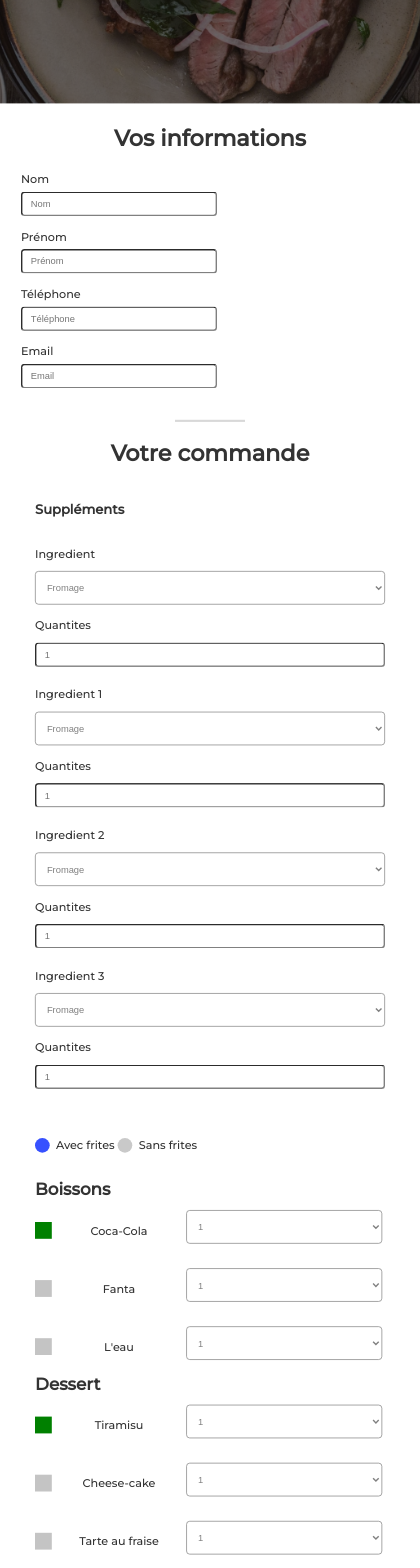
Repository: sisilass31/bella-olonje
Page: html/commande.html
An editor plug-in stored every save of this project. The page is shown before and after the next save, followed by the edit.
The browser window is 600 px wide. The pictures show the part of the page from y = 674 to 2914 px (the page is 3858 px tall before and 4086 px after), at 70% of full size.
Some web libraries are served in a nearby version.

Above is the page before, as saved 2023-02-15 09:39:08.

After the next save:
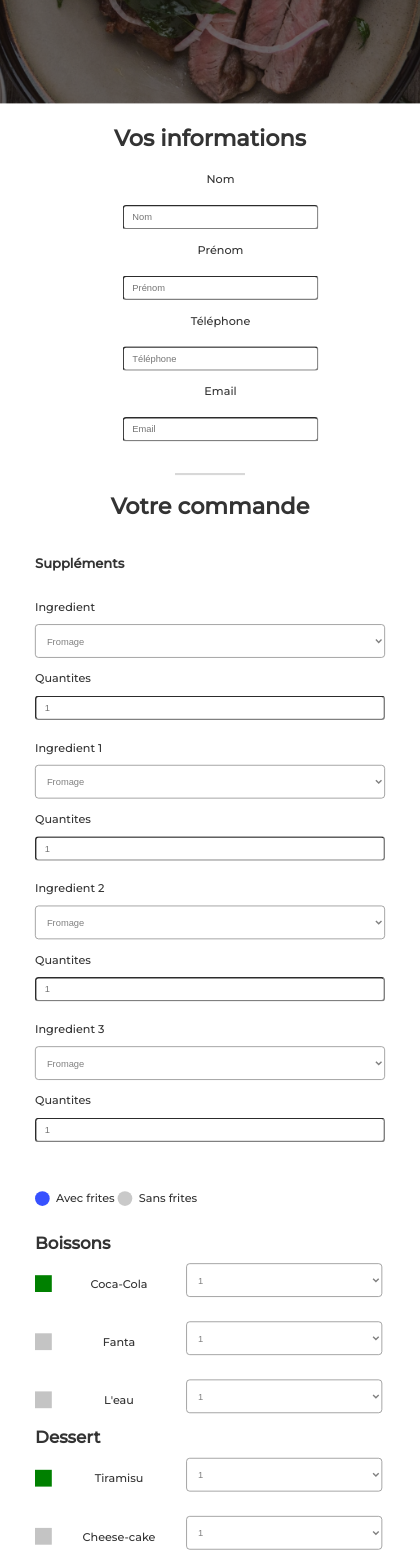
Saved 10 min 15 s later.
--- a/css/commande.css
+++ b/css/commande.css
@@ -446,7 +446,11 @@ button {
 
     .label1 {
         margin-left: 5%;
-    }
+        display: flex;
+        justify-content: center;
+        align-items: center;
+        flex-direction: column;
+        }
 
     .infos h1 {
         padding: 50px;
